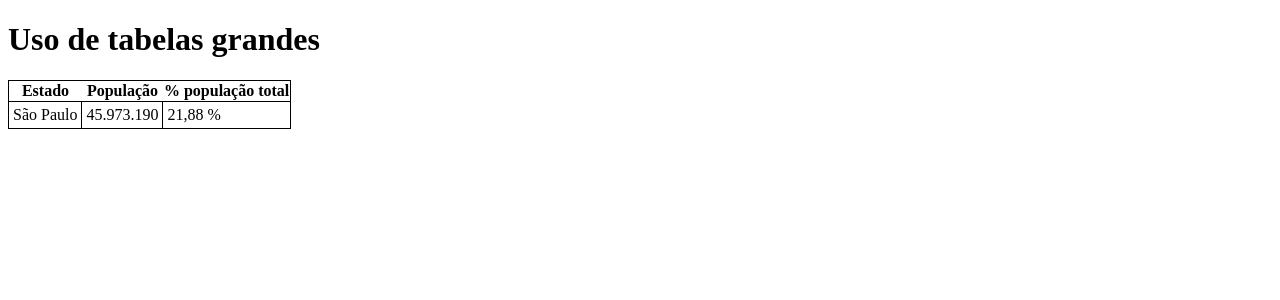
Repository: railsondev/html-css
Page: Módulo3/Exercicios/Ex02 - Tabelas/tabela002.html
These files come from the project's save history. The page is drawn as it stood at one moment and after a run of saves; the edit follows.
The browser window is 1280 px wide. The pictures show the whole page.

Above is the page before, as saved 2024-10-18 18:03:00.

After the next 4 saves:
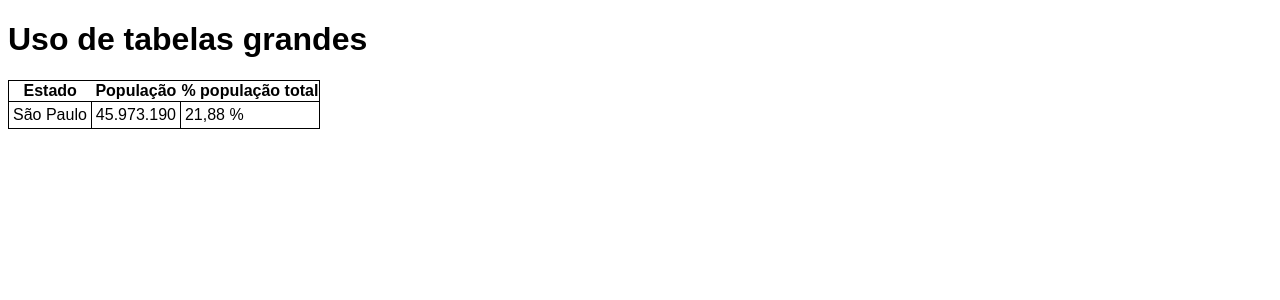
The 4 saves are shown as one change because they came seconds apart.
The last was saved 11 s later.
--- a/Módulo3/Exercicios/Ex02 - Tabelas/src/css/estilo01.css
+++ b/Módulo3/Exercicios/Ex02 - Tabelas/src/css/estilo01.css
@@ -1,6 +1,8 @@
 @charset 'UTF-8';
 
-
+body {
+  font-family: Arial, Helvetica, sans-serif;
+}
 .porc::after {
   content: ' %';
 }
